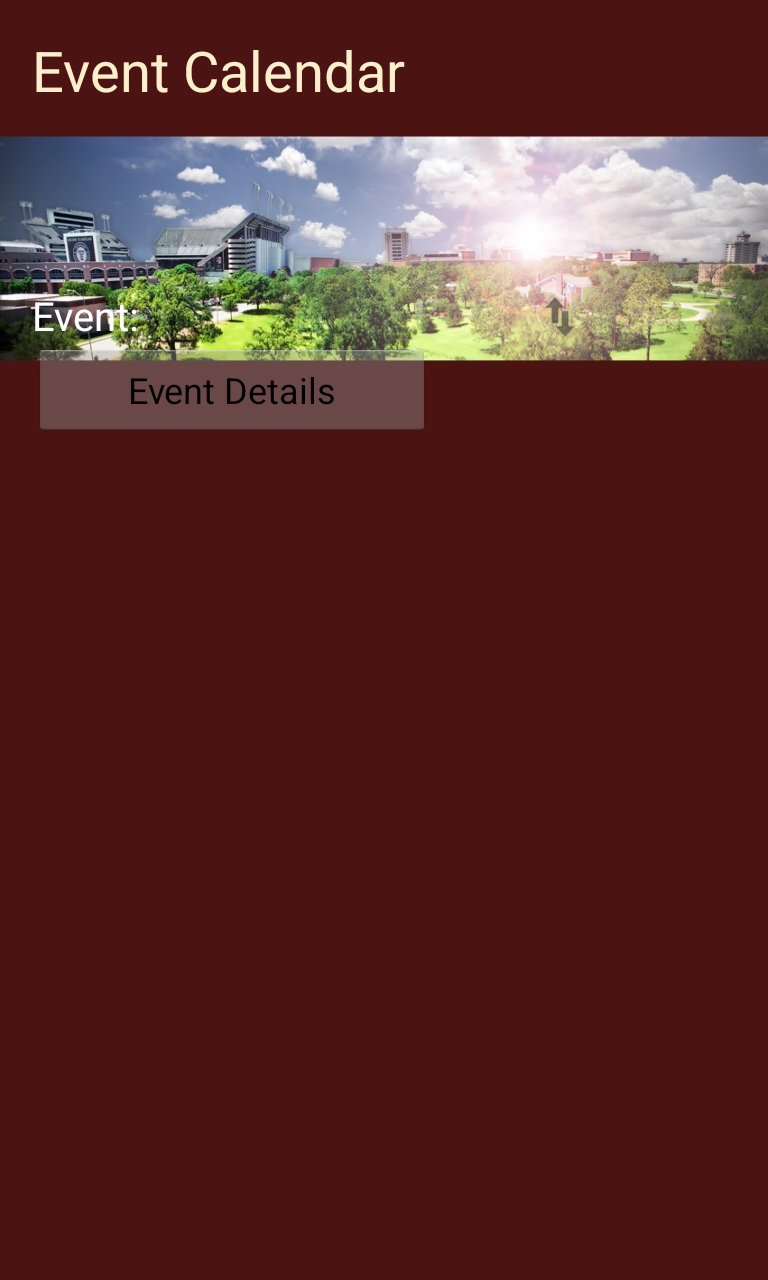
Repository: jannelg92/ANDROIDAPP
Layout: GEOINNOVATION/TAMUgis-dayEvents/res/layout/f_event_calendar.xml
These files come from the project's save history. The layout is drawn as it stood at one moment and after the next save; the edit follows.
It is drawn on a 768 x 1280 px phone screen (xhdpi) without system bars, with theme AppTheme; the app's code is not run.

Above is the layout before, as saved 2014-04-19 01:55:14.

### GEOINNOVATION/TAMUgis-dayEvents/res/layout/f_event_calendar.xml

<LinearLayout xmlns:android="http://schemas.android.com/apk/res/android"
    xmlns:tools="http://schemas.android.com/tools"
    android:layout_width="match_parent"
    android:layout_height="match_parent"
    android:orientation="vertical"
    android:background="@drawable/aggieland_bbackground"
    android:paddingBottom="@dimen/activity_vertical_margin"
    android:paddingLeft="@dimen/activity_horizontal_margin"
    android:paddingRight="@dimen/activity_horizontal_margin"
    android:paddingTop="@dimen/activity_vertical_margin" >


    <TextView
        android:id="@+id/event_cal"
        android:layout_width="wrap_content"
        android:layout_height="wrap_content"
        android:drawablePadding="10dp"
        android:text="@string/calendar"
        android:textColor="@color/background"
        android:textSize="@dimen/big_text" />
		<LinearLayout
		    android:layout_width="match_parent"
		    android:layout_height="wrap_content"
		    android:orientation="horizontal"
		    android:layout_marginTop="90dp" >
		      <TextView
		        android:id="@+id/event_label"
		        android:layout_width="wrap_content"
		        android:layout_height="wrap_content"
		        android:drawablePadding="10dp"
		        android:text="Event: "
		        android:textColor="#ffffff"
		        android:textSize="@dimen/mid_text" />
		       <TextView
		        android:id="@+id/event_name"
		        android:layout_width="wrap_content"
		        android:layout_height="wrap_content"
		        android:drawablePadding="10dp"
		        android:text="                                      "
		        android:textColor="#500000"
		        android:textSize="@dimen/mid_text" />
		        <Button
		        android:id="@+id/event_dtls"
		        android:layout_width="60px"
		        android:layout_height="50px"
		        android:drawablePadding="10dp"
		        android:background="@drawable/ic_action_import_export"
		        android:src="@drawable/ic_action_import_export" />


      </LinearLayout>


    <Button
        android:id="@+id/eventDetails_b"
        android:layout_width="200dp"
        android:layout_height="wrap_content"
        android:layout_marginBottom="10dp" android:text="@string/details"
        android:clickable="true" />

</LinearLayout>

### GEOINNOVATION/TAMUgis-dayEvents/res/values/dimens.xml
<resources>

   <dimen name="activity_horizontal_margin">16dp</dimen>
    <dimen name="activity_vertical_margin">16dp</dimen>

    <dimen name="big_text">28dip</dimen>
    <dimen name="mid_text">20dip</dimen>
    <dimen name="small_text">16dip</dimen>
    <dimen name="return_w">50dp</dimen>
    <dimen name="return_h">50dp</dimen>
    <dimen name="text_sizeW">70dp </dimen>
    <dimen name="text_sizeH">70dp</dimen>
    <dimen name="button_w">200dp </dimen>
    <dimen name="button_h">60dp </dimen>
    <!--
         Per the design guidelines, navigation drawers should be between 240dp and 320dp:
         https://developer.android.com/design/patterns/navigation-drawer.html
    -->
    <dimen name="navigation_drawer_width">277dp</dimen>

</resources>

### GEOINNOVATION/TAMUgis-dayEvents/res/values/strings.xml
<?xml version="1.0" encoding="utf-8"?>
<resources>

    <!-- Menu, Application, Object TITLES -->
    <string name="app_name">TAMUgis-day Events</string>
    <string name="application_name">Texas A&amp;M Geoservices</string>
    <string name="nav_drawer">Navigation Drawer</string>
    <string name="layout_piece">Structure or element of the layout</string>
    <string name="hello_world">Hello  W O R L D!! :)</string>
    <string name="title_menu">Navigation Menu</string>
    <string name="title_activity_user_options">UserOptions</string>
    <string name="title_activity_events">Events</string>
    <string name="title_activity_event_checkin">Event_checkin</string>
    <string name="title_section1">Welcome</string>
    <string name="title_section2">Events</string>
    <string name="title_sectionLogin">Log-in</string>
    <string name="title_section3">Event Check-in</string>
    <string name="title_section4">My Events</string>
    <string name="title_section5">Settings</string>
    <string name="title_section6">Log-out</string>

    <string-array name="mainTitles">
        <item id="menu1_99">Log-in </item>
        <item id="menu1_100">Event Calendar </item>
        <item id="menu1_101">Share </item>
    </string-array>
    <string-array name="userTitles">
        <item id="menu2_99"> Event Calendar </item>
        <item id="menu2_100"> Event Check-in </item>
        <item id="menu2_101"> My Events </item>
        <item id="menu2_102"> Share </item>
        <item id="menu2_103"> Settings </item>
        <item id="menu2_104"> Log-out</item>
    </string-array>
    <string-array name="menuTitles">
        <item id="menu2_99">   Home  </item>
        <item id="menu2_100"> Log-in </item>
        <item id="menu2_101"> Event Calendar </item>
        <item id="menu2_102"> Event Check-in </item>
        <item id="menu2_103"> My Events </item>
        <item id="menu2_104"> Share </item>
        <item id="menu2_105"> Settings </item>
        <item id="menu2_106"> Log-out </item>
    </string-array>

    <array name="nav_drawer_icons">
        <item>@drawable/ic_launcher</item>
        <item>@drawable/ic_action_signup</item>
        <item>@drawable/ic_action_eventcal</item>
        <item>@drawable/ic_action_checkin</item>
        <item>@drawable/ic_action_myevents</item>
        <item>@drawable/ic_action_share</item>
        <item>@drawable/ic_action_settings</item>
        <item>@drawable/ic_action_import_export</item>
    </array>

    <!--  -->


    <!-- Strings related to Settings, Example General settings -->
    <string name="pref_header_general">General</string>
    <string name="pref_title_social_recommendations">Enable social recommendations</string>
    <string name="pref_description_social_recommendations">Recommendations for people to contact based on your message history</string>
    <string name="pref_title_display_name">Display name</string>
    <string name="pref_default_display_name">John Smith</string>
    <string name="pref_title_add_friends_to_messages">Add friends to messages</string>

    <string-array name="pref_example_list_titles">
        <item>Always</item>
        <item>When possible</item>
        <item>Never</item>
    </string-array>
    <string-array name="pref_example_list_values">
        <item>1</item>
        <item>0</item>
        <item>-1</item>
    </string-array>

    <!-- Example settings for Data & Sync -->
    <string name="pref_header_data_sync">Data &amp; sync</string>
    <string name="pref_title_sync_frequency">Sync frequency</string>

    <string-array name="pref_sync_frequency_titles">
        <item>15 minutes</item>
        <item>30 minutes</item>
        <item>1 hour</item>
        <item>3 hours</item>
        <item>6 hours</item>
        <item>Never</item>
    </string-array>
    <string-array name="pref_sync_frequency_values">
        <item>15</item>
        <item>30</item>
        <item>60</item>
        <item>180</item>
        <item>360</item>
        <item>-1</item>
    </string-array>

    <string name="pref_title_system_sync_settings">System sync settings</string>

    <!-- Example settings for Notifications -->

    <string name="pref_header_notifications">Notifications</string>
    <string name="pref_title_new_message_notifications">New message notifications</string>
    <string name="pref_title_ringtone">Ringtone</string>
    <string name="pref_ringtone_silent">Silent</string>
    <string name="pref_title_vibrate">Vibrate</string>
    <string name="app_settings">App Settings</string>
    <string name="main">Home</string>
    <string name="login">Log-in</string>
    <string name="calendar">Event Calendar</string>
    <string name="checkin">Event Checkin</string>
    <string name="myevents">My Events</string>
    <string name="share">Share</string>
    <string name="map">Map</string>
    <string name="settings">Settings</string>
    <string name="logout">Log-out</string>
    <string name="returnB">Back</string>
    <string name="details">Event Details</string>
    <string name="prof_classes">Professor-added Classes </string>
    <string name="prof">Professors </string>
    <string name="pics">Pictures</string>
    <string name="signup">Sign-up </string>
    <string name="mycourses">My Courses</string>
    <string name="notify">Notifcation Options </string>
    <string name="event_remind">Send Event Reminders</string>
    <string name="push">Allow Push Notifications</string>
    <string name="gps">Allow GPS Tracking</string>

    <!-- Description Strings -->
    <color name="maroon">#500000</color>
    <color name="selector">#F4AF00</color>
    <color name="background">#FDEFCC </color>

    <string name="drawer_open">Open Menu</string>
    <string name="drawer_close">Close Menu</string>
    <string name="app_error">Sorry, GIS DAY app is NOT available.</string>
    <string name="navigation_drawer_open">Open navigation drawer</string>
    <string name="navigation_drawer_close">Close navigation drawer</string>
    <string name="action_example">HelloWorld</string>
    <string name="action_settings">Settings</string>
    <string name="prompt_email">Email</string>
    <string name="prompt_password">Password</string>
    <string name="action_sign_in_register"><b>Sign in</b> or register</string>
    <string name="action_sign_in_short">Sign in</string>
    <string name="action_forgot_password">Recover lost password</string>
    <string name="login_progress_signing_in">Signing in&#8230;</string>
    <string name="error_invalid_email">This email address is invalid</string>
    <string name="error_invalid_password">This password is too short</string>
    <string name="error_incorrect_password">This password is incorrect</string>
    <string name="error_field_required">This field is required</string>
    <string name="title_activity_event_calendar">EventCalendar</string>

</resources>

Loaded but not shown: GEOINNOVATION/TAMUgis-dayEvents/res/values/styles.xml (common file); GEOINNOVATION/TAMUgis-dayEvents/res/values-v11/styles.xml (common file); GEOINNOVATION/TAMUgis-dayEvents/res/values-v14/styles.xml (common file); GEOINNOVATION/TAMUgis-dayEvents/res/values-w820dp/dimens.xml (common file)

After the next save:
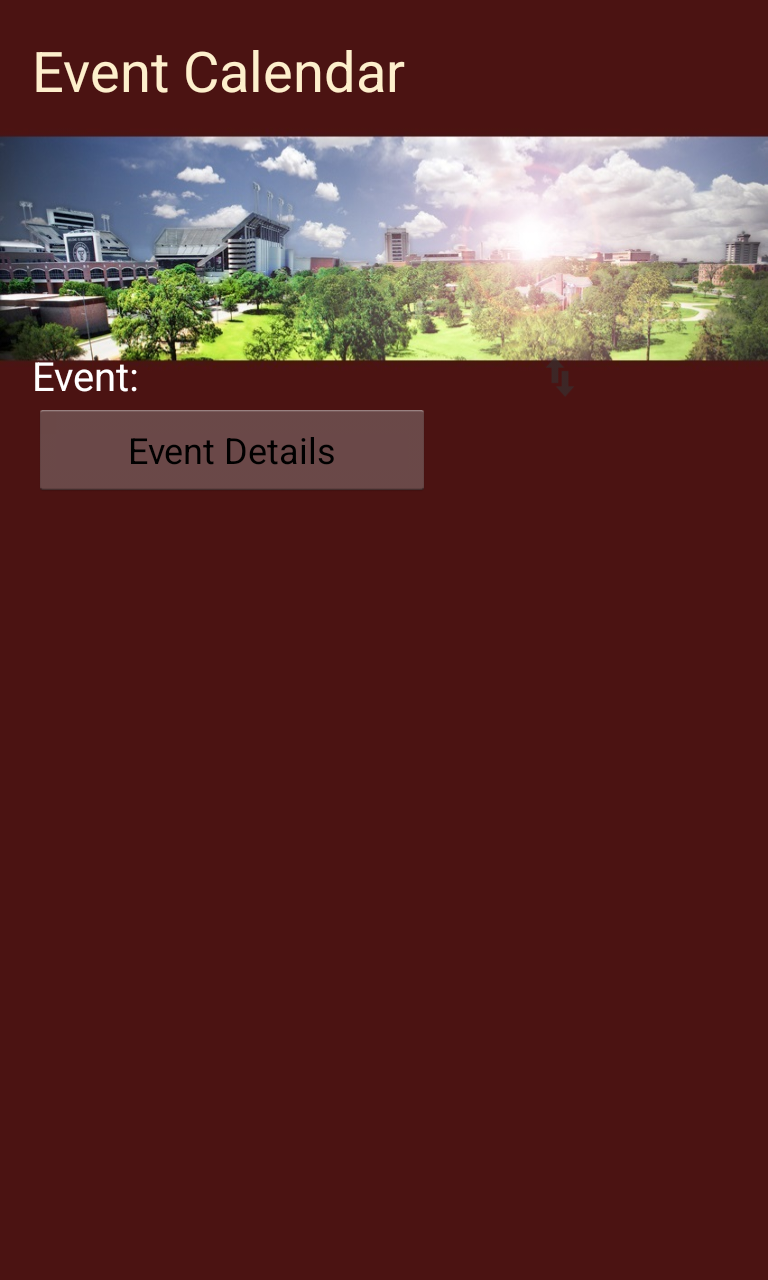
Saved 13 s later.
--- a/GEOINNOVATION/TAMUgis-dayEvents/res/layout/f_event_calendar.xml
+++ b/GEOINNOVATION/TAMUgis-dayEvents/res/layout/f_event_calendar.xml
@@ -23,7 +23,7 @@
 		    android:layout_width="match_parent"
 		    android:layout_height="wrap_content"
 		    android:orientation="horizontal"
-		    android:layout_marginTop="90dp" >
+		    android:layout_marginTop="120dp" >
 		      <TextView
 		        android:id="@+id/event_label"
 		        android:layout_width="wrap_content"
